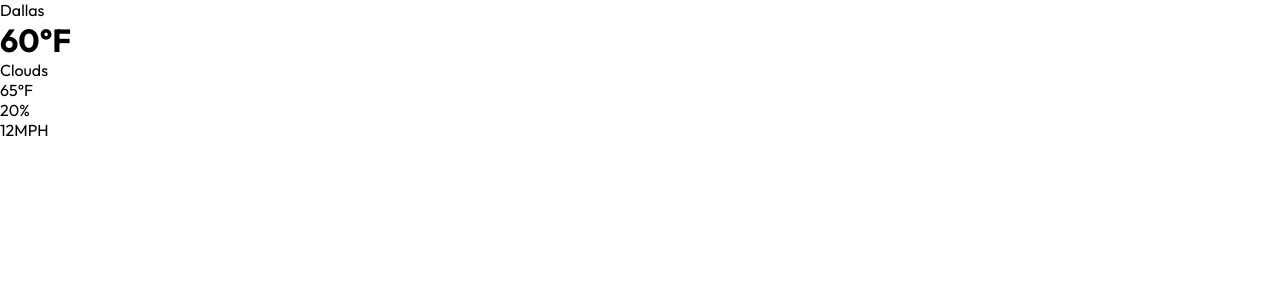
Repository: stavan30/weather-react
Page: /
The author's editor kept a copy of each file at every save. The page is drawn from the files as they stood at one save, then again after the next save.
The browser window is 1280 px wide. The pictures show the whole page.
The project was rebuilt for these pictures with package versions that can differ from the ones it lists, and the page was loaded fresh each time.

Above is the page before, as saved 2024-02-06 00:14:59.

### src/index.css
@import url('https://fonts.googleapis.com/css2?family=Outfit:wght@100;200;300;400;500;600;700&family=Poppins:ital,wght@0,100;0,200;0,300;0,400;0,500;0,600;0,700;0,800;0,900;1,100;1,200;1,300;1,400;1,500;1,600;1,700;1,800;1,900&display=swap');

* {
  box-sizing: border-box;
  margin: 0;
  padding: 0;
}

body {
  font-family: 'Outfit', 'Segoe UI', 'Roboto', 'Oxygen',
    'Ubuntu', 'Cantarell', 'Fira Sans', 'Droid Sans', 'Helvetica Neue',
    sans-serif;
  -webkit-font-smoothing: antialiased;
  -moz-osx-font-smoothing: grayscale;
}

p {
  font-size: 1.6;
}

### src/App.js
import React, {useState} from "react";
import axios from "axios";

function App() {

  //const url = `https://api.openweathermap.org/data/2.5/weather?q=dallas&appid=5a1232a3639c7a443e7df182fff23304`

  return (
    <div className="app">
      <div className="container"></div>
        <div className="top">
          <div className="location">
            <p>Dallas</p>
          </div>
          <div className="temp">
            <h1>60°F</h1>
          </div>
          <div className="description">
            <p>Clouds</p>
          </div>
        </div>
        <div className="bottom">
          <div className="feels">
            <p>65°F</p>
          </div>
          <div className="humidity">
            <p>20%</p>
          </div>
          <div className="wind">
            12MPH
          </div>
        </div>
    </div>
  );
}

export default App;

Loaded but not shown: public/index.html (common file); src/index.js (common file)

After the next save:
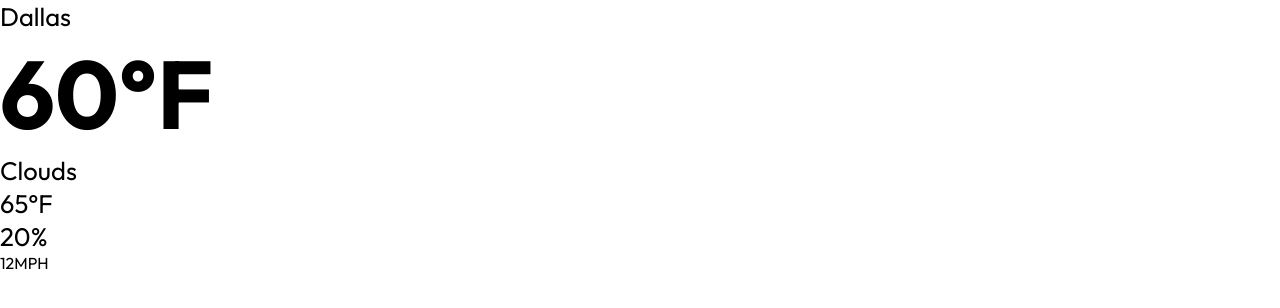
Saved 33 s later.
--- a/src/index.css
+++ b/src/index.css
@@ -15,5 +15,9 @@ body {
 }
 
 p {
-  font-size: 1.6;
+  font-size: 1.6rem;
 }
+
+h1 {
+  font-size: 6rem;
+}
